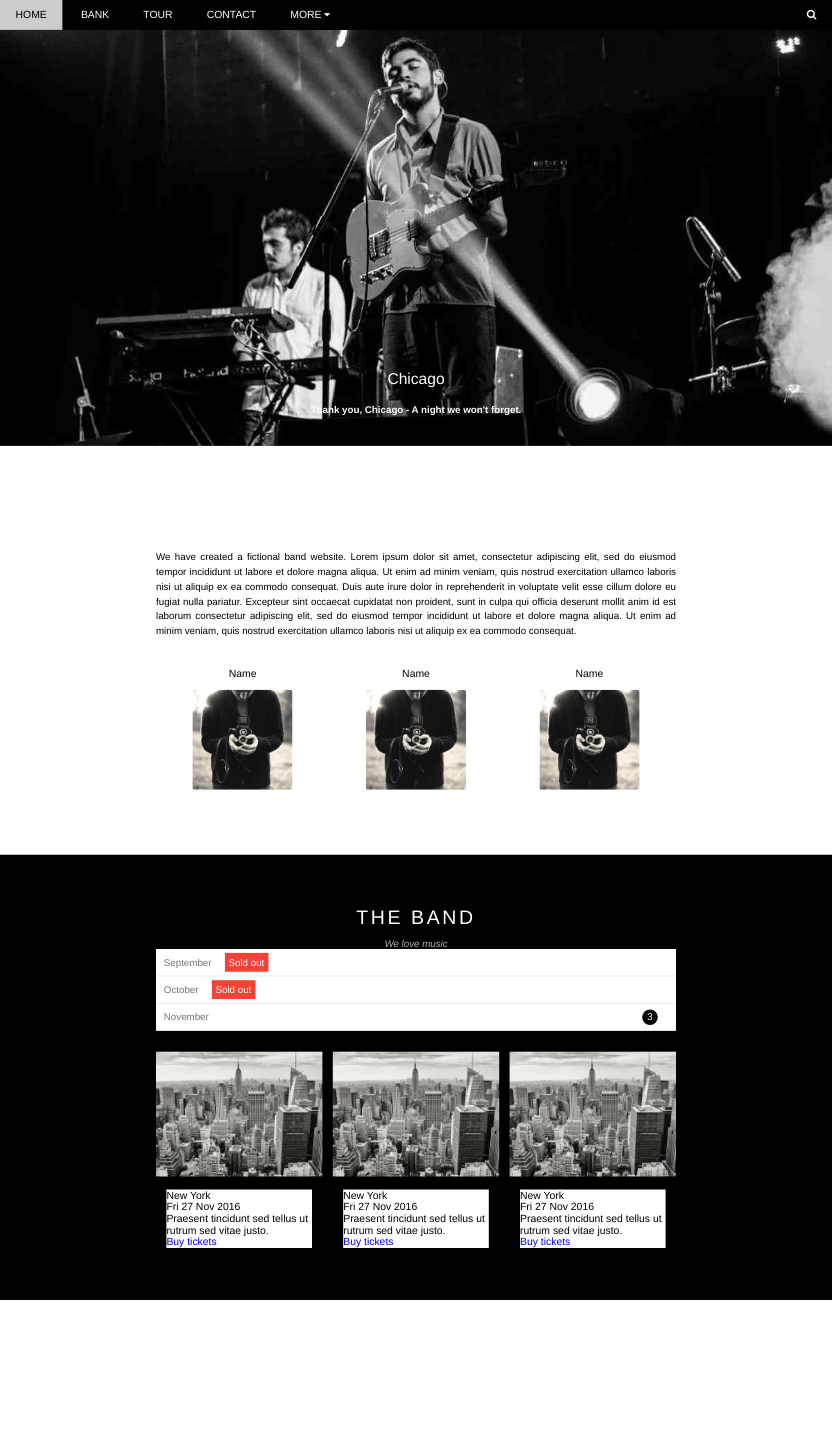
Repository: vuongtm1999/TheBand_W3School
Page: index.html
The author's editor kept a copy of each file at every save. The page is drawn from the files as they stood at one save, then again after the next save.
The browser window is 1280 px wide. The pictures show the whole page, at 65% of full size.

Above is the page before, as saved 2022-08-26 17:45:57.

### index.html
<!DOCTYPE html>
<html lang="en">
<head>
    <meta charset="UTF-8">
    <meta http-equiv="X-UA-Compatible" content="IE=edge">
    <meta name="viewport" content="width=device-width, initial-scale=1.0">
    <title>Document</title>
    <link rel="stylesheet" href="./assets/css/style.css">
    <link rel="stylesheet" href="https://cdnjs.cloudflare.com/ajax/libs/font-awesome/4.7.0/css/font-awesome.min.css">

</head>
<body>
        <div id="header">
            <!-- begin: nav -->
            <ul id="nav">
                <li><a href="#">Home</a></li>
                <li><a href="#">Bank</a></li>
                <li><a href="#">Tour</a></li>
                <li><a href="#">Contact</a></li>
                <li>
                    <a href="#">More <i style="font-size: 15px;" class="fa fa-caret-down"></i></a>
                    <ul class="subnav">
                        <li><a href="#">Merchandise</a></li>
                        <li><a href="#">Extras</a></li>
                        <li><a href="#">Media</a></li>
                    </ul>
                </li>
            </ul>
            <!-- end: nav -->

            <!-- begin: search button -->
            <div class="search-button">
                <i class="fa fa-search"></i>
            </div>
            <!-- end: search button -->
        </div>

        <div id="slider">
            <div class="text-content">
                <div class="container">
                    <h3 class=text-heading>
                        Chicago
                    </h3>
                    <div class="text-description">
                        Thank you, Chicago - A night we won't forget.
                    </div>
                </div>
            </div>
        </div>

        <div id="content">
            <!-- about section -->
            <div class="content-section">
                <h2 class="section-heading">THE BAND</h2>
                <p class="section-sub-heading">We love music</p>
                <p class="section-about-text">We have created a fictional band website. Lorem ipsum dolor sit amet, consectetur adipiscing elit, sed do eiusmod tempor incididunt ut labore et dolore magna aliqua. Ut enim ad minim veniam, quis nostrud exercitation ullamco laboris nisi ut aliquip ex ea commodo consequat. Duis aute irure dolor in reprehenderit in voluptate velit esse cillum dolore eu fugiat nulla pariatur. Excepteur sint occaecat cupidatat non proident, sunt in culpa qui officia deserunt mollit anim id est laborum consectetur adipiscing elit, sed do eiusmod tempor incididunt ut labore et dolore magna aliqua. Ut enim ad minim veniam, quis nostrud exercitation ullamco laboris nisi ut aliquip ex ea commodo consequat.</p>

                <div class="member-list">

                    <div class="member-item">
                        <p class="member-name">Name</p>
                        <img class="member-image" src="assets/img/bandmember.jpg" alt="member">
                    </div>

                    <div class="member-item">
                        <p class="member-name">Name</p>
                        <img class="member-image" src="assets/img/bandmember.jpg" alt="member">
                    </div>

                    <div class="member-item">
                        <p class="member-name">Name</p>
                        <img class="member-image" src="assets/img/bandmember.jpg" alt="member">
                    </div>

                    <div class="clearFloat"></div>
                </div>
            </div>

            <!-- TOUR DATES section -->
            <div class="tour-section">
                <div class="content-section">
                    <h2 class="section-heading">THE BAND</h2>
                    <p class="section-sub-heading">We love music</p>

                    <ul class="ticket-list">
                        <li>September <span class="soldout">Sold out</span></li>
                        <li>October <span class="soldout">Sold out</span></li>
                        <li>November <span class="quantity">3</span></li>
                    </ul>

                    <div class="place-ticket">
                        <div class="place-item">
                            <img src="assets/img/place/newyork.jpg" alt="img-ticket" class="place-img">
                            <div class="place-content">
                                <p class="place-city">New York</p>
                                <p class="place-time">Fri 27 Nov 2016</p>
                                <p class="place-description">Praesent tincidunt sed tellus ut rutrum sed vitae justo.</p>
                                <a href="#" class="place-buy-tickets">Buy tickets</a>
                            </div>
                        </div>

                        <div class="place-item">
                            <img src="assets/img/place/newyork.jpg" alt="img-ticket" class="place-img">
                            <div class="place-content">
                                <p class="place-city">New York</p>
                                <p class="place-time">Fri 27 Nov 2016</p>
                                <p class="place-description">Praesent tincidunt sed tellus ut rutrum sed vitae justo.</p>
                                <a href="#" class="place-buy-tickets">Buy tickets</a>
                            </div>
                        </div>

                        <div class="place-item">
                            <img src="assets/img/place/newyork.jpg" alt="img-ticket" class="place-img">
                            <div class="place-content">
                                <p class="place-city">New York</p>
                                <p class="place-time">Fri 27 Nov 2016</p>
                                <p class="place-description">Praesent tincidunt sed tellus ut rutrum sed vitae justo.</p>
                                <a href="#" class="place-buy-tickets">Buy tickets</a>
                            </div>
                        </div>

                        <div class="clearFloat"></div>
                    </div>
                </div>
            </div>

            <!-- CONTACT section -->
            <div class="content-section">
                <h2 class="section-heading">THE BAND</h2>
                <p class="section-sub-heading">We love music</p>
            </div>

        </div>

        <div id="footer">

        </div>
    </div>
</body>
</html>

### assets/css/style.css
/* reset CSS */
* {
    margin: 0;
    padding: 0;
    box-sizing: border-box;
}

html {
    font-family: Helvetica, Arial, sans-serif;
}

#nav, .subnav, li{
    list-style-type: none;
}

#nav{
    display: inline-block;
}

/*
Nguyen tac lam viec
1. Vi tri
2. Kich thuoc
3. Mau sac
4. Kieu dang (kieu chu, hinh tron hay hinh vuong,...)
*/

/*
Tu ngoai vao trong
Tu tren xuong duoi
TU tong quan den chi tiet
 */

#main {}

#header {
    position: fixed;
    z-index: 1;
    height: 46px;
    background-color: #000;
    color: #fff;
    top: 0;
    left: 0;
    right: 0;
}

#nav li {
    text-decoration: none;
    line-height: 46px;
}

a{
    text-decoration: none;
}

#nav > li > a {
    /* display: inline-block; */
    padding: 0px 24px;
    color: #ffffff;
    text-transform: uppercase;
}

#nav > li {
    display: inline-block;
}

#nav li:last-child {
    position: relative;
}

#nav .subnav {
    background-color: #fff;
    position: absolute;
    display: none;
    top: 100%;
    left: 0;
    box-shadow:  0px 0px 10px rgba(0, 0, 0, 0.3);
    min-width: 160px;
}

#nav .subnav a{
    color: #000;
    padding: 0px 12px;
    line-height: 30px;
    display: inline-block;
    width: 100%;
}

#nav .subnav li:hover,
#nav > li:hover > a {
    color: #000;
    background-color: #ccc;
    display: block;
}

#nav > li:last-child:hover .subnav{
    display: block;
}

/* search btn */
#header .search-button{
    float: right;
    line-height: 46px;
    padding: 0 24px;
}

#header .search-button:hover{
    background-color: #f44336;
    cursor: pointer;
}

#slider {
    /* background-color: rgb(27, 22, 22); */
    margin-top: 46px;
/* padding-top bang 50% chieu rong cua thanh phan do */
    padding-top: 50%;
    position: relative;
    background: url("/assets/img/chicago.jpg") top center / cover no-repeat;
}

#slider .text-content{
    position: absolute;
    color: white;
    bottom: 48px;

    /* cach 1 */
    /* left: 50%;
    transform: translateX(-50%); */
    /* cach 2 */
    /* left: 0;
    right: 0; */
    /* cach 3 */
    width: 100%;
    text-align: center;
}

.text-heading{
    font-size: 24px;
    font-weight: 400;
}

.text-description{
    margin-top: 25px;
    font-weight: bolder;
    font-size: 15px;
}

#content .content-section{
    width: 800px;
    padding: 64px 0;
    margin-left: auto;
    margin-right: auto;
}

.content-section .section-heading,
.content-section .section-about-text{
    margin: 15px 0px;
}

.content-section .section-heading,
.content-section .section-sub-heading{
    text-align: center;
}

.content-section .section-sub-heading{
    font-size: 15px;
    opacity: 0.7;
    font-style: italic;
}

.content-section .section-heading{
    font-size: 30px;
    font-weight: 500;
    letter-spacing: 4px;
}

.content-section .section-about-text{
    /* line-height khong co px */
    line-height: 1.5;
    font-size: 15px;
    text-align: justify;
}

.content-section .member-item{
    float: left;
    width: calc(100%/3);

    /* width: 33.333%; */
}

.content-section .member-list{
    margin: 32px 0;
    text-align: center;

    /* Khac phuc khi dung float :left */
    /* overflow: hidden; */
}

.content-section .member-name{
    /* text-align: center; */
}

.content-section .member-name{
    margin: 15px 0;
}

.content-section .member-image{
    width: 154px;
    border-radius: 4px;
}

.content-section .clearFloat{
    /* Khac phuc khi dung float :left */
    clear: both;
}

/* Tour section */
.tour-section{
    background-color: #000;
}

/*  begin: tour section */
.section-heading,
.section-sub-heading{
    color: white;
}

.ticket-list{
    background-color: white;
}

.ticket-list > li{
    font-size: 15px;
    padding: 12px;
    border-bottom: 1px solid #ddd;
    color: #757575;
}

.soldout{
    background-color: #f44336;
    padding: 6px;
    margin-left: 16px;
    color: #fff;
}

.quantity{
    float: right;
    margin-right: 16px;
    background-color: #000;
    width: 24px;
    height: 24px;
    border-radius: 50%;
    color: white;
    text-align: center;
    line-height: 24px;
    margin-top: -3px;
}

/* place-ticket */
.place-ticket{
    /* margin-top: 32px; */
    padding-top: 32px;
    margin-left: -8px;
    margin-right: -8px;
}

.place-item{
    float: left;
    width: 33.3333%;
    padding: 0 8px;
}

.place-img{
    width: 100%;
}

.place-content{
    background-color: white;
    color: rgb(1, 1, 1);
    margin: 16px;
}

.place-city{

}

.place-time{

}

.place-description{

}

.place-buy-tickets{

}



#container {
    /* height: 500px;
    background-color: #ccc; */
}

#content {}

#footer {}

After the next save:
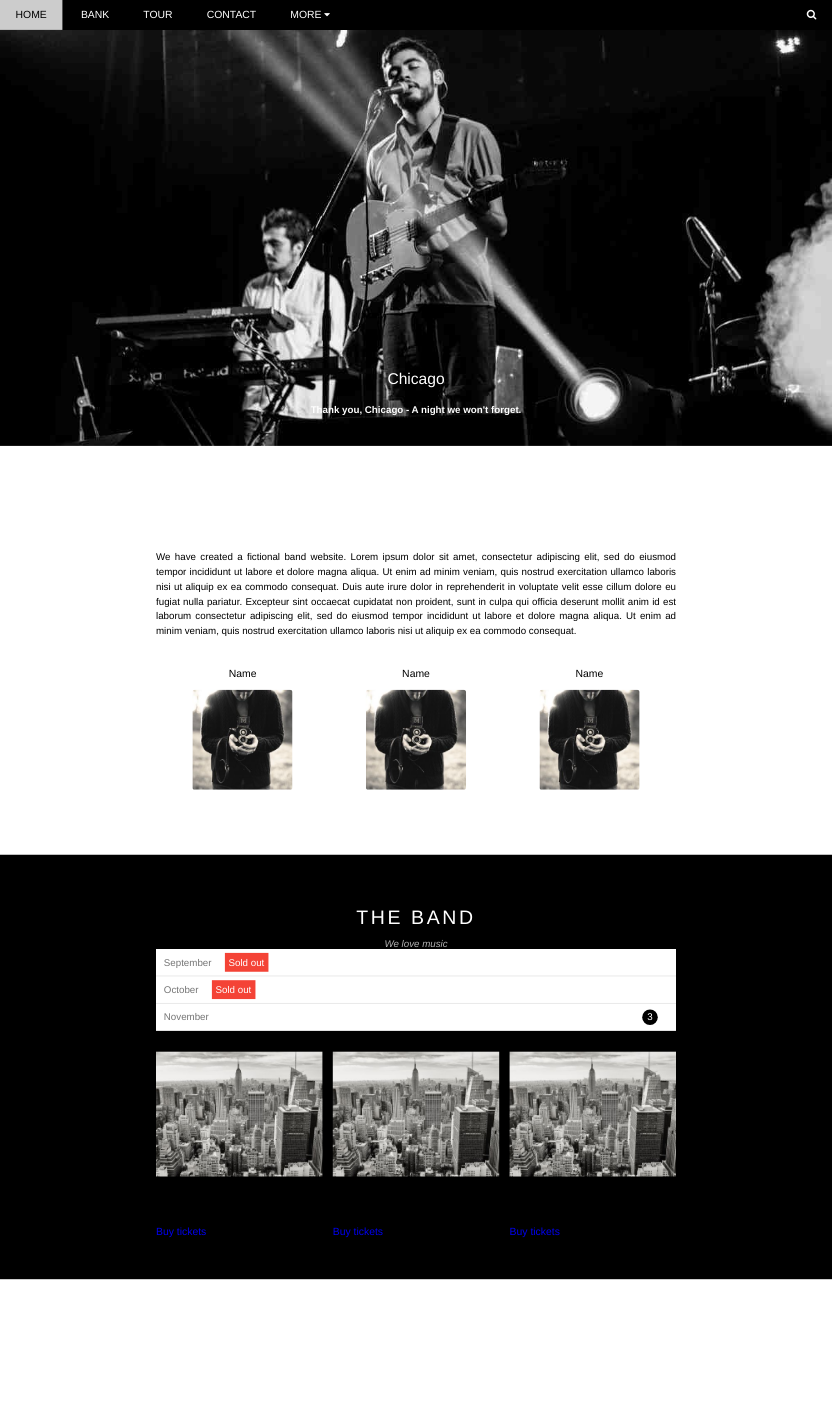
Saved 28 s later.
--- a/index.html
+++ b/index.html
@@ -91,7 +91,7 @@
                     <div class="place-ticket">
                         <div class="place-item">
                             <img src="assets/img/place/newyork.jpg" alt="img-ticket" class="place-img">
-                            <div class="place-content">
+                            <div class="place-body">
                                 <p class="place-city">New York</p>
                                 <p class="place-time">Fri 27 Nov 2016</p>
                                 <p class="place-description">Praesent tincidunt sed tellus ut rutrum sed vitae justo.</p>
@@ -101,7 +101,7 @@
 
                         <div class="place-item">
                             <img src="assets/img/place/newyork.jpg" alt="img-ticket" class="place-img">
-                            <div class="place-content">
+                            <div class="place-body">
                                 <p class="place-city">New York</p>
                                 <p class="place-time">Fri 27 Nov 2016</p>
                                 <p class="place-description">Praesent tincidunt sed tellus ut rutrum sed vitae justo.</p>
@@ -111,7 +111,7 @@
 
                         <div class="place-item">
                             <img src="assets/img/place/newyork.jpg" alt="img-ticket" class="place-img">
-                            <div class="place-content">
+                            <div class="place-body">
                                 <p class="place-city">New York</p>
                                 <p class="place-time">Fri 27 Nov 2016</p>
                                 <p class="place-description">Praesent tincidunt sed tellus ut rutrum sed vitae justo.</p>

After the save that followed:
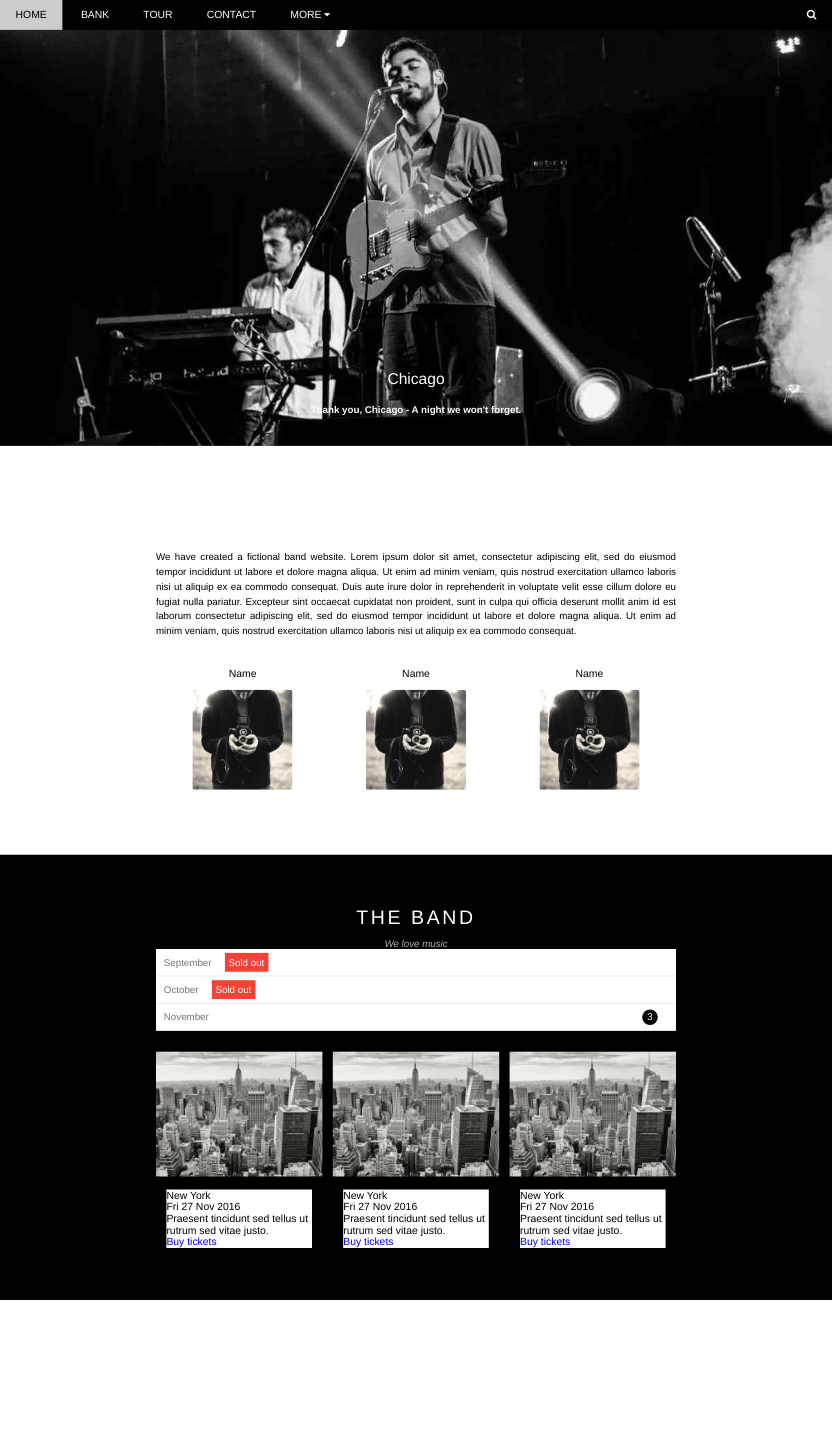
Saved 6 s later.
--- a/assets/css/style.css
+++ b/assets/css/style.css
@@ -274,7 +274,7 @@ a{
     width: 100%;
 }
 
-.place-content{
+.place-body{
     background-color: white;
     color: rgb(1, 1, 1);
     margin: 16px;
